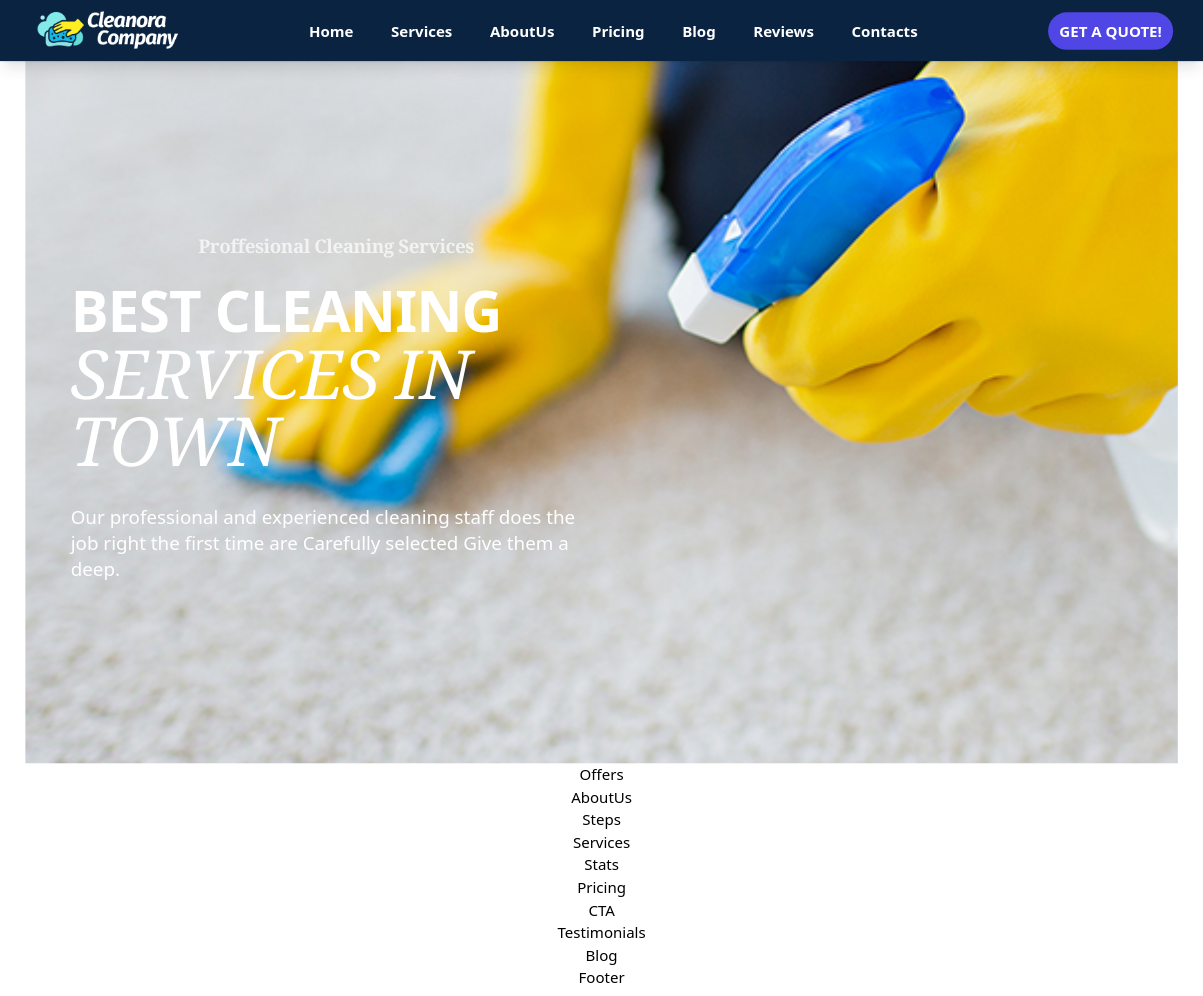
Repository: remydev47/cleonara
Page: /
An editor plug-in stored every save of this project. The page is shown before and after the next save, followed by the edit.
The browser window is 1280 px wide. The pictures show the whole page, at 94% of full size.
The project was rebuilt for these pictures with package versions that can differ from the ones it lists, and the page was loaded fresh each time. The framework's server and built-in components were replaced by stand-ins that run in the browser. Also part of the build but not shown: next.config.js.

Above is the page before, as saved 2022-11-01 12:40:36.

### pages/_app.tsx
import '../styles/globals.css'
import type { AppProps } from 'next/app'
import Header from '../components/Header'

function MyApp({ Component, pageProps }: AppProps) {
  return(
    <>
      <Header />
      <Component {...pageProps} />
    </>

  )
}

export default MyApp

### pages/index.tsx
import type { NextPage } from 'next'
import Head from 'next/head'
import Image from 'next/image'
import { AboutUs, CTA, Hero, Offers, Pricing, Services, Blog, Stats, Steps, Testimonials, Footer } from '../components'

const Home: NextPage = () => {
  return (
    <div className="flex min-h-screen flex-col items-center justify-center py-2">
      <Head>
        <title>CLEONARA</title>
        <link rel="icon" href="/favicon.ico" />
      </Head>
      <Hero/>
      <Offers />
      <AboutUs />
      <Steps />
      <Services />
      <Stats />
      <Pricing />
      <CTA />
      <Testimonials />
      <Blog />
      <Footer />
    </div>
  )
}

export default Home

### components/Header.tsx
import React from 'react';
import { navLinks } from '../constants';
import Menupopover from './Menupopover';
import Image from 'next/image';
import Logo from './Logo';
import { Button } from './Button';

const Header = () => {
  return (
    <header className="fixed inset-x-0 bg-[#092341] z-20 flex justify-between items-center py-2 px-2 shadow-lg dark:bg-slate-900 sm:py-3 sm:px-8">
            <div className='flex grow-0 basis-1/3 md:hidden'>
                <Menupopover />
            </div>

             <div className='flex grow-0 ml-2 justify-center md:justify-start'>
                <Logo />

            </div>


            <ul className="list-none sm:flex hidden justify-center items-center flex-1">
            {navLinks.map((nav, index) => (
                <li
                key={nav.id}
                className={`font-bold cursor-pointer text-[16px] hover:text-blue-400
                   ${index === navLinks.length - 1 ? 'mr-0' : 'mr-10'}
                  text-white `}
                >
                    <a>{nav.title}</a>
                </li>
            ))}
           </ul>

          <div>
            <Button variant='solid'>
              GET A QUOTE!
            </Button>
          </div>

        </header>
  )
}

export default Header

### components/index.ts
import Hero from "./Hero";
import Offers from "./Offers";
import AboutUs from "./AboutUs";
import Steps from "./Steps";
import Services from "./Services";
import Stats from "./Stats";
import Pricing from "./Pricing";
import CTA from "./CTA";
import Testimonials from "./Testimonials";
import Blog from "./Blog";
import Footer from "./Footer";

export {
    Hero, Offers, AboutUs, Steps, Services, Stats, Pricing, CTA, Testimonials, Blog, Footer
}

### constants/index.ts
export const navLinks=[
    {
        id:"home",
        title:"Home",
    },
    {
        id:"services",
        title:"Services",
    },
    {
        id:"AboutUs",
        title:"AboutUs",
    },
    {
        id:"pricing",
        title:"Pricing",
    },
    {
        id:"blog",
        title:"Blog",
    },
    {
        id:"reviews",
        title:"Reviews",
    },
    {
        id:"contacts",
        title:"Contacts",
    },
]

### components/Menupopover.tsx
import React, {useState, Fragment} from 'react';
import { navLinks } from '../constants';
import { IconButton, Button } from './Button';
import { Transition, Dialog } from '@headlessui/react';
import Logo from './Logo';
import Image from 'next/image';

const Menupopover = () => {
  const [isOpen, setIsOpen] = useState(false)

  return (
    <div>
    <IconButton
      variant='ghost'
      aria-label='menu'
      onClick={() => setIsOpen(!isOpen)}
    >
      <svg className='h-6 w-6 ' fill='none' stroke='currentColor'>
        <path
          strokeLinecap='round'
          strokeLinejoin='round'
          strokeWidth={2}
          d='M4 6h16M4 12h16M4 18h16'
        />
      </svg>
    </IconButton>
    <Transition
      show={isOpen}
      appear
      as={Fragment}
      enter='transform transition ease-in-out duration-300'
      enterFrom='-translate-x-full'
      enterTo='translate-x-0'
      leave='transform transition ease-in-out duration-300 delay-200'
      leaveFrom='translate-x-0'
      leaveTo='-translate-x-full'
     >
     <Dialog
       as='div'
       className={`fixed inset-0 z-50`}
       onClose={setIsOpen}
       open={isOpen}
       >
       <Transition.Child
         as={Fragment}
         enter='ease-out duration-300 delay-300'
         enterFrom='opacity-0'
         enterTo='opacity-100'
         leave='ease-in duration-200'
         leaveFrom='opacity-100'
         leaveTo='opacity-0'
       >

        <Dialog.Overlay
          className={`fixed inset-0 bg-black/20 backdrop-blur-sm dark:bg-gray-900/80`}
         />
      </Transition.Child>
       <div className={styles.dialogcontainer}>
        <a className='mx-auto mt-4 flex w-[140px] '>
          <Logo />
        </a>
        <ul
            className={styles.navWrapper2}
         >
            {navLinks.map((nav, index) => (
                <li
                 key={nav.id}
                 className={` font-bold cursor-pointer text-[16px]
                  mt-2 border-t border-slate-200 py-4 dark:border-slate-600
                  ${index === navLinks.length - 1 ? 'mr-0' : 'mb-4'}
                  text-white `}
                >
                 <a href={`#${nav.id}`}>
                    {nav.title}
                 </a>
                </li>
             ))}
         </ul>

        <IconButton
          variant='ghost'
          aria-label='close menu'
          className='absolute top-5 right-5'
          onClick={() => setIsOpen(false)}
        >
          <svg
            viewBox='0 0 10 10'
            className='h-2.5 w-2.5 overflow-visible'
            aria-hidden='true'
          >
            <path
                d='M0 0L10 10M10 0L0 10'
                fill='none'
                stroke='currentColor'
                strokeWidth='2'
                strokeLinecap='round'
              />
          </svg>
        </IconButton>
       </div>
     </Dialog>
    </Transition>
  </div>
  )
}

export default Menupopover;

const styles ={
  dialogcontainer:`fixed top-0 bottom-0 left-0 w-full max-w-xs rounded-r-xl bg-[#092341] p-6 shadow-lg dark:bg-gray-800`,
  menuitems:`group relative flex h-9 items-center oveflow-hidden rounded-md hover:bg-slate-200/50`,
  navWrapper2:`list-none flex flex-col justify-end items-center flex-1`,
}

### components/Logo.tsx
import React from 'react'
import Image from 'next/image'

const Logo = () => {
  return (
    <div>
        <Image
          src='/images/logo.png'
          alt='Cleonara'
          height={80}
          width={150}
        />
    </div>
  )
}

export default Logo

### components/Button/index.tsx
import React, { forwardRef } from "react";
//import { __DEV__ } from "../../utils/assertions";

type BaseButtonProps = Omit<React.HTMLProps<HTMLButtonElement>, "size">;

/* === Button Element === */

export interface ButtonProps extends BaseButtonProps {
  children: React.ReactNode;
  fullWidth?: boolean;
  className?: string;
  variant?: "solid" | "outline" | "ghost";
  size?: "sm" | "md" | "lg";
  as?: string;
  isExternal?: boolean;
  type?: "button" | "submit" | "reset";
}

export const Button = forwardRef<HTMLButtonElement, ButtonProps>(
  (
    {
      children,
      variant = "solid",
      size = "md",
      fullWidth = false,
      className,
      as = "button",
      isExternal = false,
      ...rest
    },
    ref
  ) => {
    let tempClassNames: string[] = [];

    const sharedClasses = [
      "capitalize",
      "focus:outline-none",
      "focus:ring-2",
      "focus:ring-indigo-400",
      "focus:ring-offset-2",
      "focus:ring-offset-indigo-50",
      "font-semibold",
      "rounded-full",
      "inline-flex",
      "flex-shrink-0",
      "items-center",
      "justify-center",
      "transition-colors",
      "ease-in-out",
      "duration-500",
    ];

    if (fullWidth) sharedClasses.push("w-full");

    // handle variants
    let btnSolid = ["bg-indigo-600", "hover:bg-indigo-700", "text-white"];
    let btnOutline = [
      "dark:text-white",
      "hover:text-indigo-700",
      "hover:dark:text-indigo-700",
      "bg-transparent",
      "hover:bg-indigo-50",
      "border",
      "border-indigo-600",
    ];
    let btnGhost = [
      "bg-transparent",
      "dark:text-white",
      "hover:bg-indigo-50",
      "hover:text-indigo-700",
      "hover:dark:text-indigo-700",
    ];

    if (variant === "solid") {
      tempClassNames = [...sharedClasses, ...btnSolid];
    } else if (variant === "outline") {
      tempClassNames = [...sharedClasses, ...btnOutline];
    } else if (variant === "ghost") {
      tempClassNames = [...sharedClasses, ...btnGhost];
    }

    // handle sizes
    let sizeSm = ["h-8", "px-2", "text-sm"];
    let sizeMd = ["h-10", "px-3"];
    let sizeLg = ["h-12", "px-4", "text-lg"];

    if (size === "sm") {
      tempClassNames = [...tempClassNames, ...sizeSm];
    } else if (size === "md") {
      tempClassNames = [...tempClassNames, ...sizeMd];
    } else if (size === "lg") {
      tempClassNames = [...tempClassNames, ...sizeLg];
    }

    let classes = tempClassNames.join(" ");

    let Element = as ? (
      React.createElement(
        as,
        {
          className: `${classes} ${className}`,
          target: isExternal ? "_blank" : undefined,
          rel: isExternal ? "noopener noreferrer" : undefined,
          ref,
          ...rest,
        },
        children
      )
    ) : (
      <button {...rest} className={`${classes} ${className}`} ref={ref}>
        {children}
      </button>
    );

    return Element;
  }
);

// if (__DEV__) {
//   Button.displayName = "Button";
// }

/* === IconButton Element === */

export interface IconButtonProps extends ButtonProps {
  icon?: React.ReactElement;
  "aria-label": string;
}

export const IconButton = forwardRef<HTMLButtonElement, IconButtonProps>(
  (
    {
      children,
      icon,
      className,
      "aria-label": ariaLabel,
      size = "md",
      ...rest
    },
    ref
  ) => {
    let sharedClasses = ["rounded-full", "!px-0"];

    // handle sizes
    let sizeSm = ["w-8"];
    let sizeMd = ["w-10"];
    let sizeLg = ["w-12"];

    if (size === "sm") {
      sharedClasses = [...sharedClasses, ...sizeSm];
    } else if (size === "md") {
      sharedClasses = [...sharedClasses, ...sizeMd];
    } else if (size === "lg") {
      sharedClasses = [...sharedClasses, ...sizeLg];
    }

    /**
     * Passing the icon as prop or children should work
     */
    const element = icon || children;
    const _children = React.isValidElement(element)
      ? React.cloneElement(element as any, {
          "aria-hidden": true,
          focusable: false,
        })
      : null;

    let classes = sharedClasses.join(" ");
    return (
      <Button
        className={`${classes} ${className}`}
        aria-label={ariaLabel}
        size={size}
        {...rest}
        ref={ref}
      >
        {_children}
      </Button>
    );
  }
)

### components/Hero.tsx
import React from 'react'

const Hero = () => {
  return (
    <section className='relative pt-48 pb-12 xl:pt-60 sm:pb-16 lg:pb-32 xl:pb-48 2xl:pb-56'>
    <div className="absolute inset-0">
     <img className="object-cover w-full h-full" src="/images/7.jpg" alt="" />
    </div>
   <div className='relative'>
    <div className="px-6 mx-auto sm:px-8 lg:px-12 max-w-7xl">
      <div className="w-full lg:w-2/3 xl:w-1/2">
        <h1 className="font-serif text-xl font-bold tracking-tight text-white text-opacity-70 text-center">Proffesional Cleaning Services</h1>
        <p className="mt-6 tracking-tighter text-white">
          <span className="font-sans font-bold text-6xl">BEST CLEANING </span><br />
          <span className="font-serif italic font-BOLD text-7xl">SERVICES IN TOWN</span>
        </p>
        <p className="mt-8 font-erif text-xl font-normal text-white">
         Our professional and experienced cleaning staff does the job right the first time are Carefully selected Give them a deep.
        </p>
      </div>
    </div>
   </div>
  </section>
  )
}

export default Hero

### components/Steps.tsx
import React from 'react'

const Steps = () => {
  return (
    <div>Steps</div>
  )
}

export default Steps

Loaded but not shown: styles/globals.css (common file); components/Offers.tsx (common file); components/AboutUs.tsx (common file); components/Services.tsx (common file); components/Stats.tsx (common file); components/Pricing.tsx (common file); components/CTA.tsx (common file); components/Testimonials.tsx (common file); components/Blog.tsx (common file); components/Footer.tsx (common file); tailwind.config.js (common file)

After the next save:
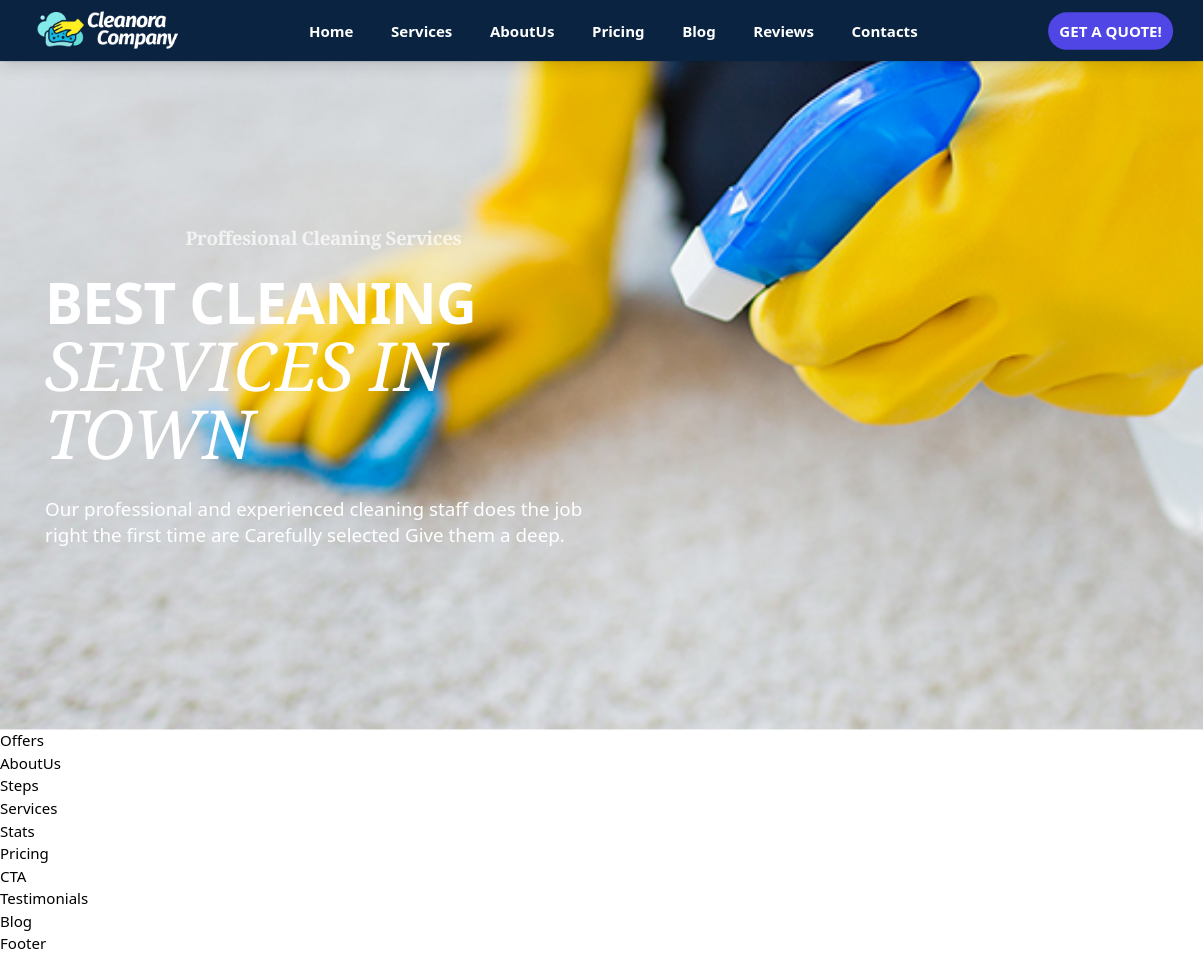
Saved 11 s later.
--- a/pages/index.tsx
+++ b/pages/index.tsx
@@ -5,7 +5,7 @@ import { AboutUs, CTA, Hero, Offers, Pricing, Services, Blog, Stats, Steps, Test
 
 const Home: NextPage = () => {
   return (
-    <div className="flex min-h-screen flex-col items-center justify-center py-2">
+    <div className="">
       <Head>
         <title>CLEONARA</title>
         <link rel="icon" href="/favicon.ico" />
